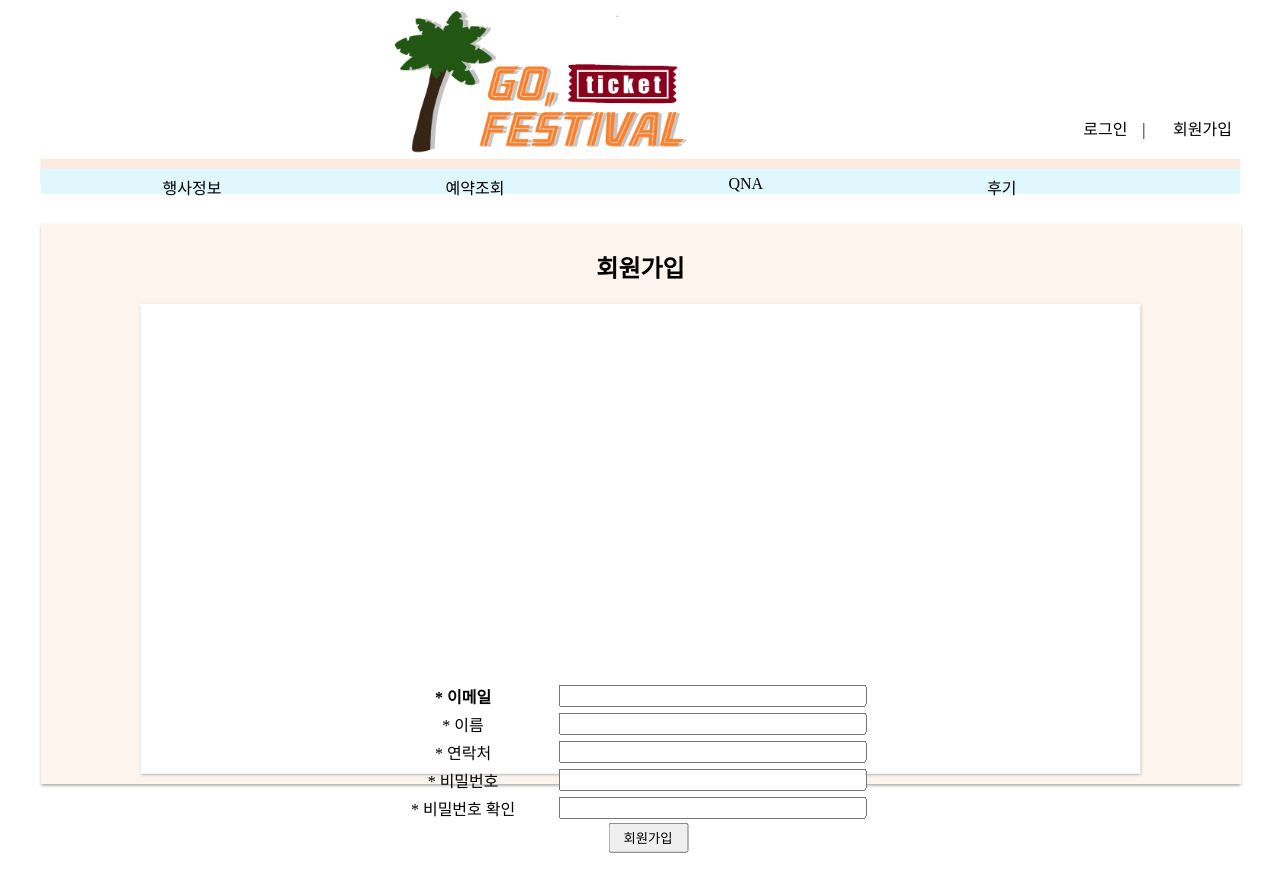
Repository: Changgyu1/Chang_Gu
Page: http://localhost/Project/register.jsp
The author's editor kept a copy of each file at every save. The page is drawn from the files as they stood at one save, then again after the next save.
The browser window is 1280 px wide. The pictures show the whole page.
Some web fonts or font styles are not loaded; a fallback is used. The page is served by Tomcat 9.

Above is the page before, as saved 2023-11-14 09:52:56.

After the next save:
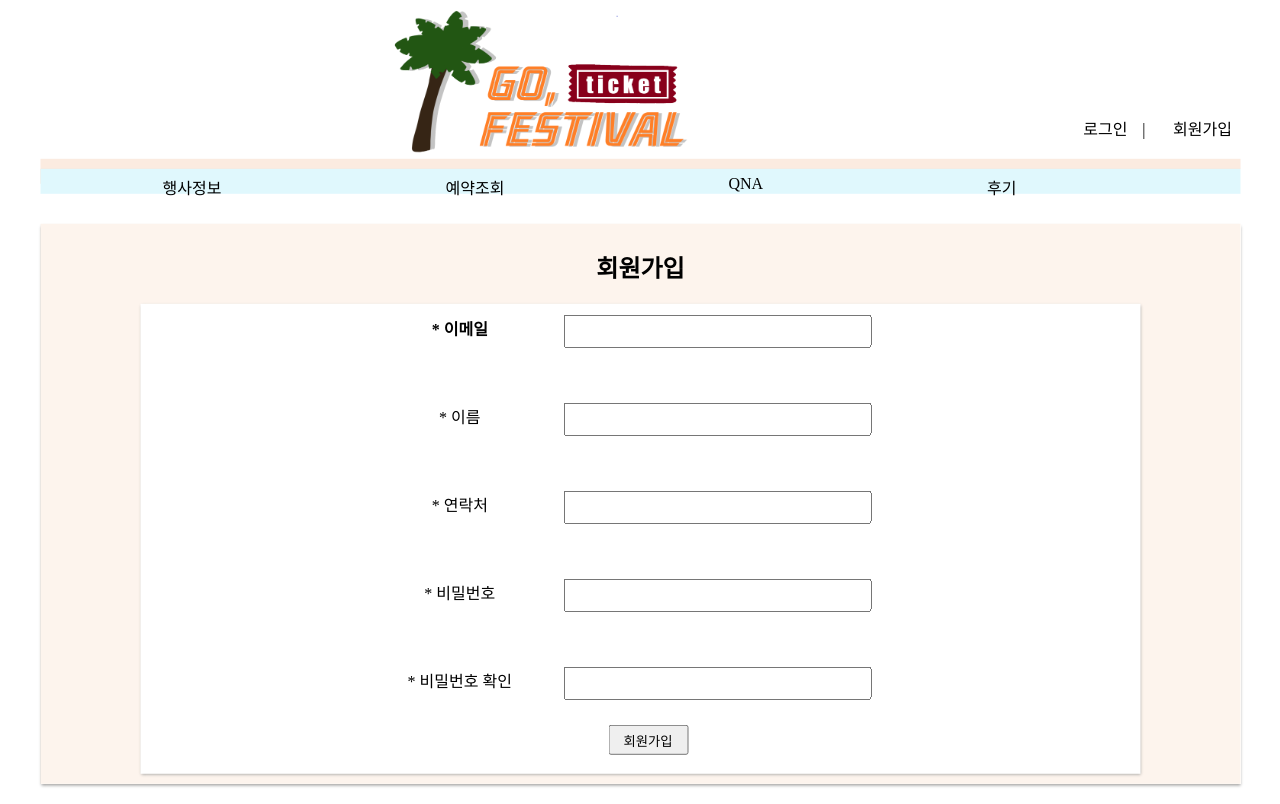
Saved 42 s later.
--- a/Project/src/main/webapp/register.jsp
+++ b/Project/src/main/webapp/register.jsp
@@ -29,12 +29,14 @@ border-bottom:none;
 .register-Div{
     position: absolute;
     padding: 20px;
-    bottom: -20%;
+    bottom: -26%;
     left: 50%;
     transform: translate(-50%, -50%);
 }
 input[type="text"], input[type="email"], input[type="password"] {
-	width: 300px;
+	    width: 300px;
+    margin: 29px 3px 22px 20px;
+    height: 27px;
 }
 	</style>
 </head>
